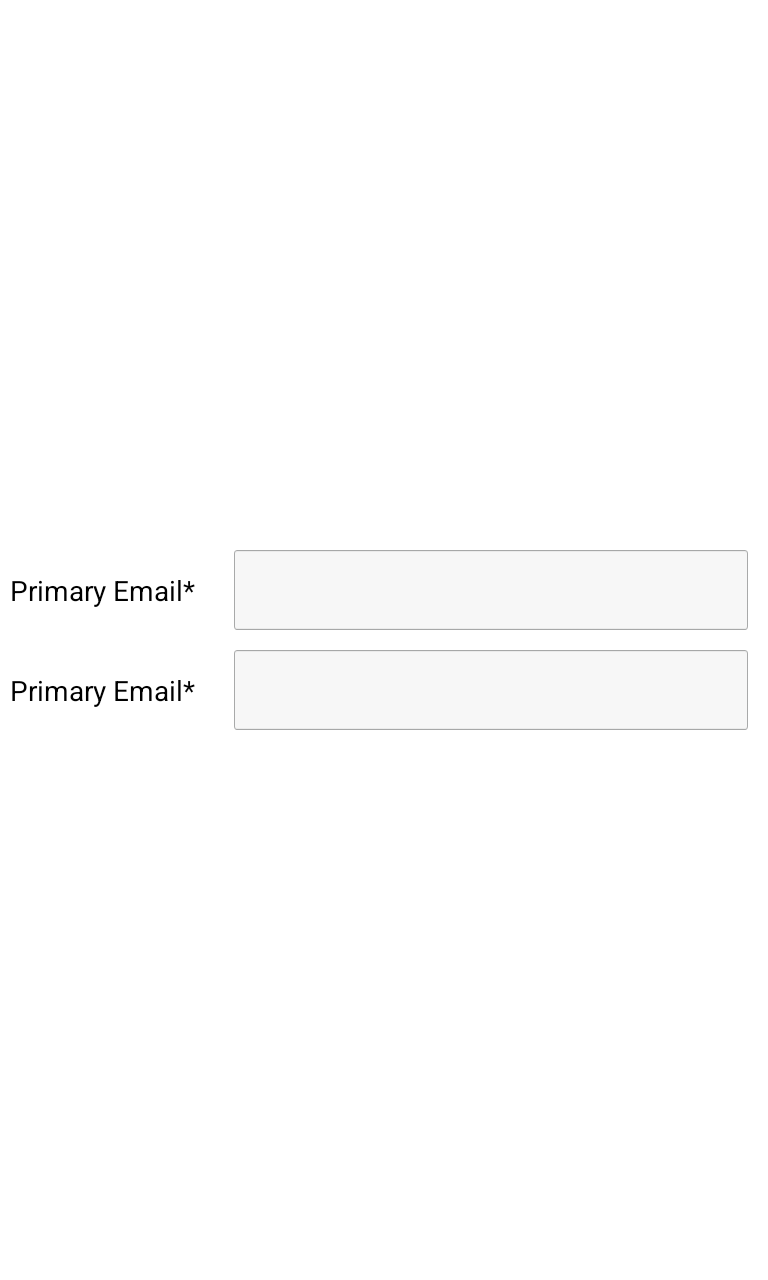
Repository: pankajk7/hotel_mockup
Layout: Hotel_MockUp/res/layout/login_layout.xml
The author's editor kept a copy of each file at every save. The layout is drawn from the files as they stood at one save, then again after the next save.
It is drawn on a 768 x 1280 px phone screen (xhdpi) without system bars, with theme AppTheme; the app's code is not run.

Above is the layout before, as saved 2014-11-03 09:33:15.

After the next save:
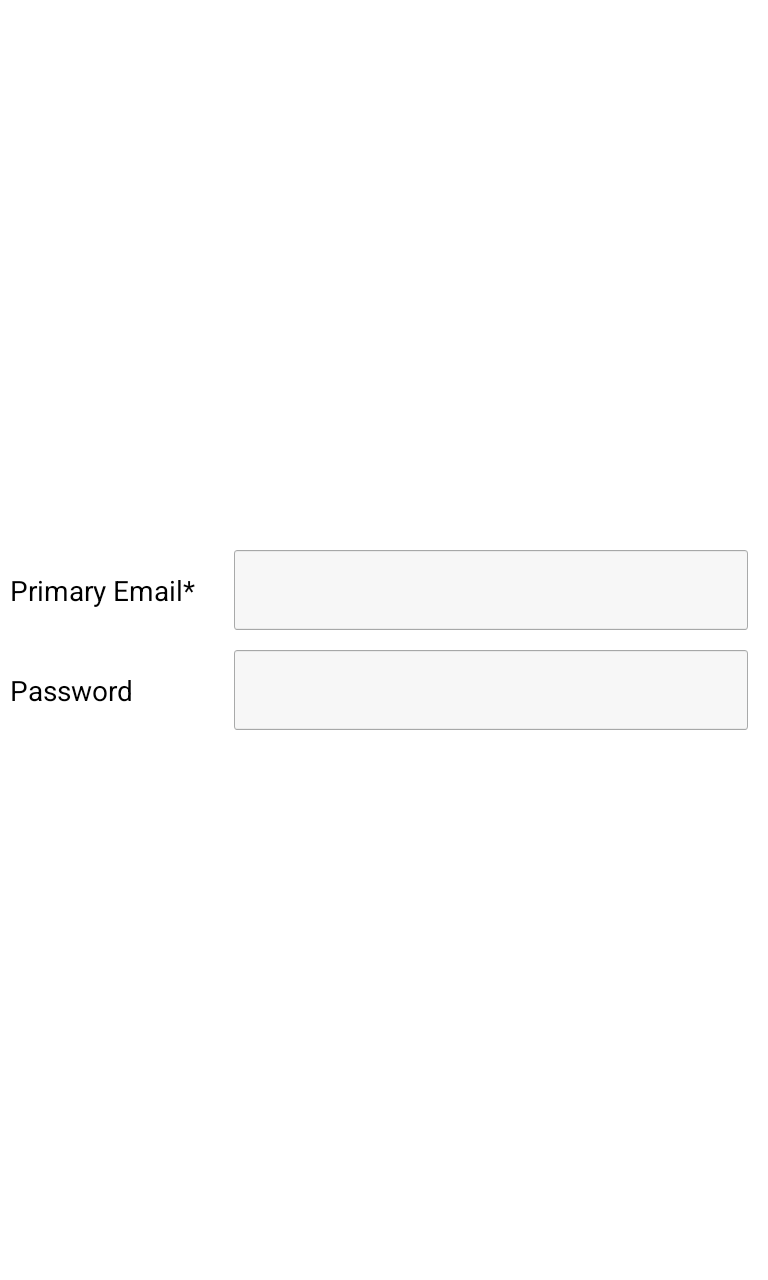
Saved 40 s later.
--- a/Hotel_MockUp/res/layout/login_layout.xml
+++ b/Hotel_MockUp/res/layout/login_layout.xml
@@ -44,7 +44,7 @@
                     android:layout_weight="2.5"
                     style="@style/textviewstyle"
                     android:gravity="center_vertical|left"
-                    android:text="@string/primaryEmail"
+                    android:text="Password"
                     android:textSize="14dp" />
 
                 <EditText
